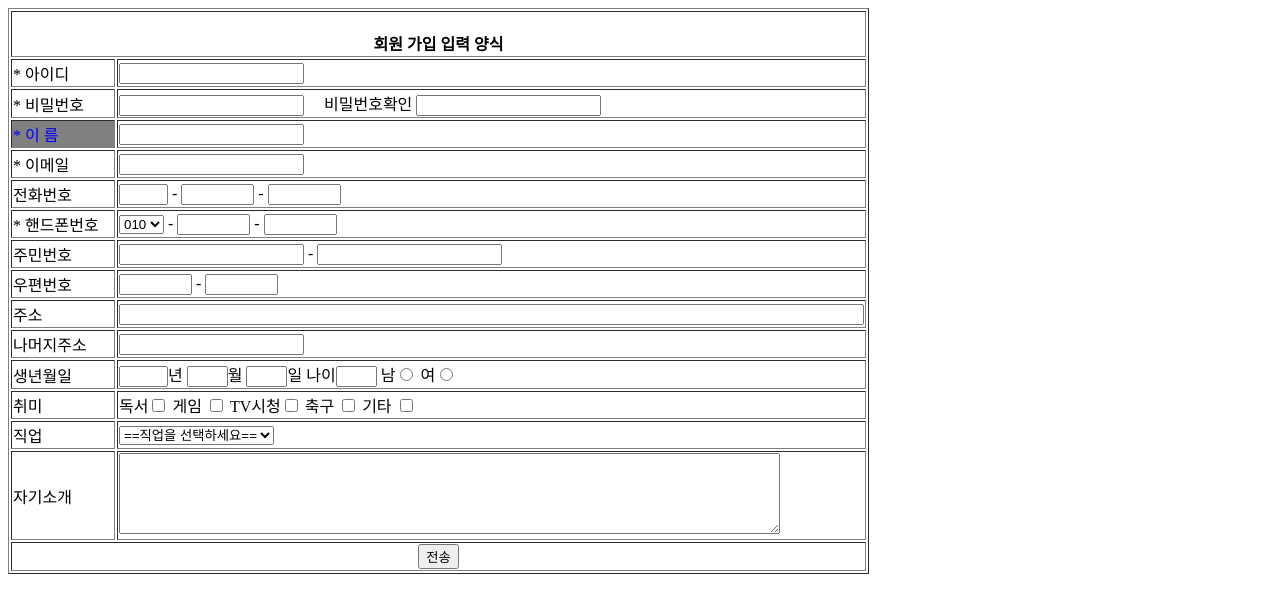
Repository: vkfkstptkd1/WebProgramming
Page: ch3_FormTag/WebContent/In_Form.html
The author's editor kept a copy of each file at every save. The page is drawn from the files as they stood at one save, then again after the next save.
The browser window is 1280 px wide. The pictures show the whole page.

Above is the page before, as saved 2021-03-20 08:42:45.

### ch3_FormTag/WebContent/In_Form.html
<!DOCTYPE html>
<html>
<head>
<meta charset="EUC-KR">
<title>First Practice : In_ Form</title>
<style type="text/css">
.style0{color:blue;background-color:grey;}
</style>
</head>
<body>
<form action= "In_Form_ok.jsp" method="post">
	<table border="1">
	<tr><th colspan=2><br>회원 가입 입력 양식</th></tr><!--표제목  -->
	<tr><td width= "100"> * 아이디</td>
		<td width="500"> <input type="text" name="id"></td>
	</tr>
	<tr><td> * 비밀번호</td>
		<td> <input type="text" name="pwd"> &nbsp;&nbsp;&nbsp;&nbsp;비밀번호확인 <input type="text" name="pwdok">
		</td>
	</tr>
	<tr><td class="style0"> * 이 름</td>
		<td> <input type="text" name="name"></td>
	</tr>
	<tr><td> * 이메일</td>
		<td> <input type="text" name="email"></td>
	</tr>
	<tr><td> 전화번호</td>
		<td><input type="text" name="homenumber" size=3>
			-
			<input type="text" name="homenumber" size=6>
			-
			<input type="text" name="homenumber" size=6>
		</td>
	</tr>
	<tr><td> * 핸드폰번호</td>
		<td>
		<SELECT NAME="phonenumber1">
		<OPTION VALUE="010">010</OPTION>
		<OPTION VALUE="011">011</OPTION>
		<OPTION VALUE="012">012</OPTION>
		</SELECT>
		-
		<input type="text" name="phonenumber2" size=6>
		-
		<input type="text" name="phonenumber3" size=6>
		</td>
	</tr>
	<tr><td> 주민번호</td>
		<td> <input type="text" name="ssn1">
			 -
			 <input type="text" name="ssn2">
		</td>
	</tr>
	<tr><td> 우편번호</td>
		<td> <input type="text" name="pn1" size=6>
			 -
			 <input type="text" name="pn2" size=6></td>
	</tr>
	<tr><td> 주소</td>
		<td> <input type="text" name="ad" size=90 ></td>
	</tr>
	<tr><td> 나머지주소</td>
		<td> <input type="text" name="remainderad"></td>
	</tr>
	<tr><td> 생년월일</td>
		<td> <input type="text" name="year" size=3>년
			 <input type="text" name="month" size=2>월
			 <input type="text" name="day" size=2>일
			 나이<input type="text" name="age" size=2>
			 남<input type="radio" name="gender" value="남">
			 여<input type="radio" name="gender" value="여">
		</td>
	</tr>
	<tr><td> 취미</td>
		<td> 독서<input type="checkbox" name="hobby" value="독서">
			 게임	<input type="checkbox" name="hobby" value="게임">
		   TV시청<input type="checkbox" name="hobby" value="TV시청">
			 축구	<input type="checkbox" name="hobby" value="축구">
			 기타	<input type="checkbox" name="hobby" value="기타">
		</td>
	</tr>
	<tr><td > 직업</td>
		<td >
		<SELECT NAME="job">
         <OPTION VALUE="">==직업을 선택하세요==</OPTION>
         <OPTION VALUE="학생">학생</OPTION>
         <OPTION VALUE="회사원">회사원</OPTION>
         <OPTION VALUE="군인">군인</OPTION>
         <OPTION VALUE="기타">기타</OPTION>
	    </SELECT>
	    </td>
	</tr>
	<tr><td > 자기소개</td>
		<td > <textarea name="intro" rows=5 cols=80 ></textarea></td>
	</tr>
	<tr>
		<td colspan="2"><center><input type="submit" value="전송" ></center></td>
	</tr>
	</table>
</form>
</body>
</html>

After the next save:
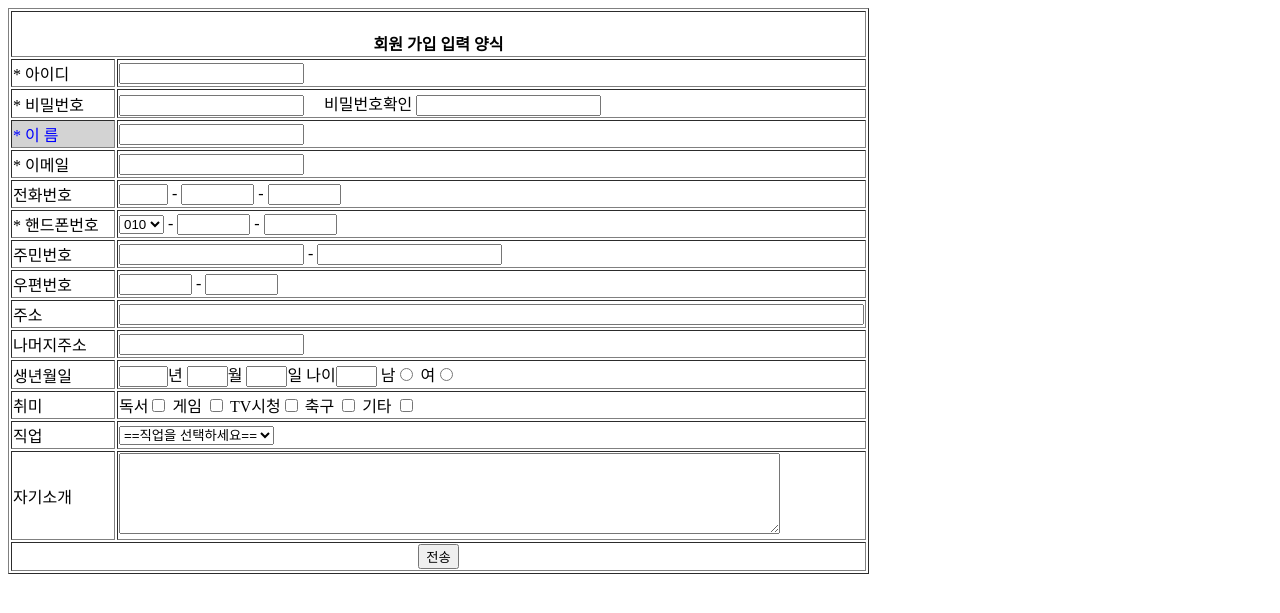
Saved 64 s later.
--- a/ch3_FormTag/WebContent/In_Form.html
+++ b/ch3_FormTag/WebContent/In_Form.html
@@ -4,7 +4,7 @@
 <meta charset="EUC-KR">
 <title>First Practice : In_ Form</title>
 <style type="text/css">
-.style0{color:blue;background-color:grey;}
+.style0{color:blue;background-color:lightgrey;}
 </style>
 </head>
 <body>
